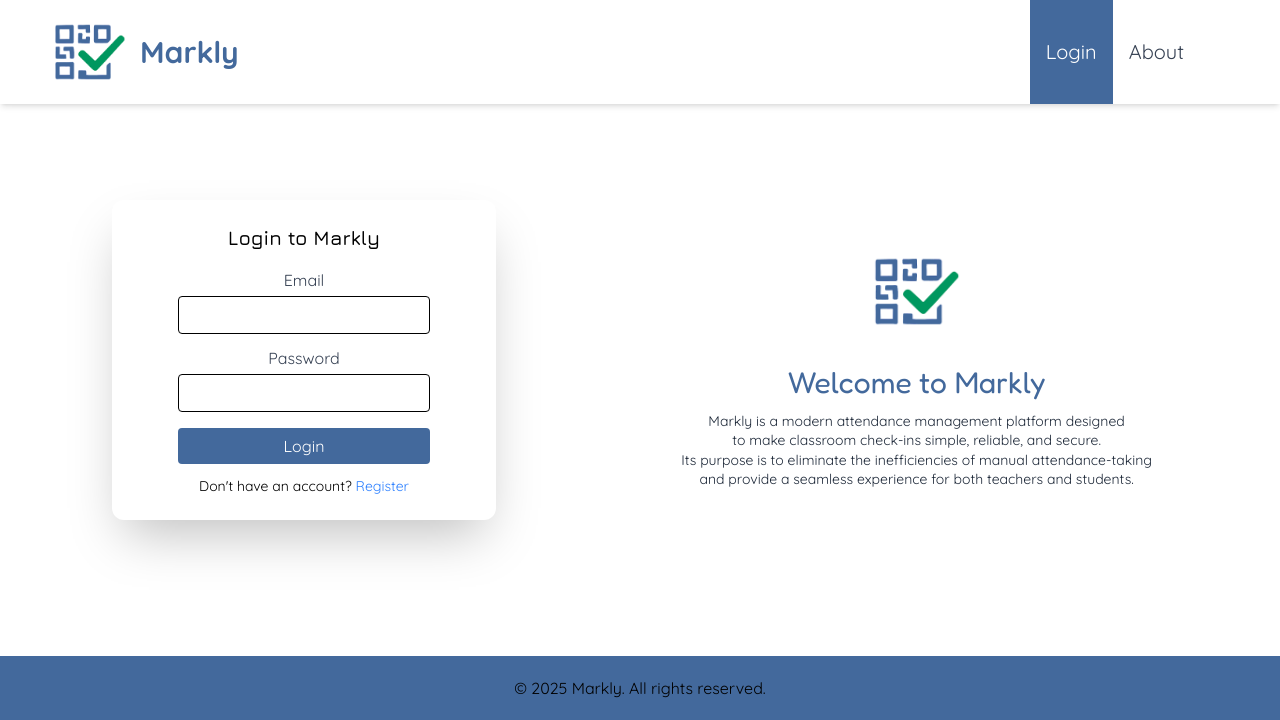
Repository: Mozukie/Markly
Page: /login
An editor plug-in stored every save of this project. The page is shown before and after the next save, followed by the edit.
The browser window is 1280 px wide. The pictures show the whole page.
Some web fonts or font styles are not loaded; a fallback is used. The project was rebuilt for these pictures with package versions that can differ from the ones it lists, and the page was loaded fresh each time. Also part of the build but not shown: vite.config.js, src/pages/NotFound.jsx, src/pages/Home.jsx, src/components/About.jsx, src/pages/Students/studentdashboard.jsx.

Above is the page before, as saved 2025-08-23 22:13:36.

### index.html
<!doctype html>
<html lang="en">
  <head>
    <meta charset="UTF-8" />
    <link rel="icon" type="image/png" href="/icon.png" />
    <meta name="viewport" content="width=device-width, initial-scale=1.0" />
    <style>
    @import url('https://fonts.googleapis.com/css2?family=Fredoka:wght@300..700&family=Gruppo&family=Hepta+Slab:wght@1..900&family=Jura:wght@300..700&family=Poiret+One&family=Quicksand:wght@300..700&display=swap');
    </style>
    <title>Markly</title>
  </head>
  <body>
    <div id="root"></div>
    <script type="module" src="/src/main.jsx"></script>
  </body>
</html>

### src/App.jsx
import './App.css'
import { BrowserRouter as Router, Routes, Route, useLocation } from 'react-router-dom'
import React from 'react'
// eslint-disable-next-line no-unused-vars
import { AnimatePresence, motion } from 'framer-motion'
import NotFound from './pages/NotFound.jsx'
import Home from './pages/Home.jsx'
import Login from './pages/Login.jsx'
import About from './components/About.jsx'
import StudentDashboard from './pages/Students/studentdashboard.jsx'

function AnimatedRoutes() {
  const location = useLocation();
  return (
    <AnimatePresence mode="wait">
      <motion.div
        key={location.pathname}
        initial={{ opacity: 0, y: 20 }}
        animate={{ opacity: 1, y: 0 }}
        exit={{ opacity: 0, y: -20 }}
        transition={{ duration: 0.4 }}
      >
        <Routes location={location}>
          <Route path="/" element={<Home/>} />
          <Route path="*" element={<NotFound/>} />
          <Route path="/login" element={<Login/>} />
          <Route path="/about" element={<About/>} />
          <Route path="/studentdashboard" element={<StudentDashboard/>} />
        </Routes>
      </motion.div>
    </AnimatePresence>
  );
}

function App() {
  return(
    <div>
      <Router>
        <AnimatedRoutes />
      </Router>
    </div>
  )
}

export default App

### src/App.css
@import "tailwindcss";

body, html {
  font-family: "Quicksand", sans-serif;
}

.poiret-one-regular {
  font-family: "Poiret One", sans-serif;
  font-weight: 400;
  font-style: normal;
}
.quicksand {
  font-family: "Quicksand", sans-serif;
  font-weight: 400;
  font-style: normal;
}
.quicksand-bold {
  font-family: "Quicksand", sans-serif;
  font-weight: 700;
  font-style: normal;
}
.fredoka {
  font-family: "Fredoka", sans-serif;
  font-weight: 400;
  font-style: normal;
}
.fredoka-bold {
  font-family: "Fredoka", sans-serif;
  font-weight: 700;
  font-style: normal;
}
.gruppo {
  font-family: "Gruppo", cursive;
  font-weight: 400;
  font-style: normal;
}
.hepta-slab {
  font-family: "Hepta Slab", serif;
  font-weight: 400;
  font-style: normal;
}
.hepta-slab-bold {
  font-family: "Hepta Slab", serif;
  font-weight: 900;
  font-style: normal;
}


.jura-regular {
  font-family: "Jura", sans-serif;
  font-optical-sizing: auto;
  font-weight: 400;
  font-style: normal;
}

.jura-medium {
  font-family: "Jura", sans-serif;
  font-optical-sizing: auto;
  font-weight: 500;
  font-style: normal;
}

.jura-semi-bold {
  font-family: "Jura", sans-serif;
  font-optical-sizing: auto;
  font-weight: 600;
  font-style: normal;
}

/* Fredoka for main titles */
h1, .title {
  font-family: "Fredoka", sans-serif;
}

/* Jura Medium for semi-titles, Login, Register, and subtitles */
.subtitle, .semi-title, .jura-semi-bold
.login-title, .register-title,
h2, h3, h4, h5, h6 {
  font-family: "Jura", sans-serif;
  font-weight: 600;
  font-style: normal;
}

### src/pages/Login.jsx
import React, { useState } from "react";
import Header from "../components/Header.jsx";
import Footer from "../components/Footer.jsx";

export default function Login() {
  const [showRegister, setShowRegister] = useState(false);

  return (
    <>
      <Header isLoggedIn={false} />
      <div className="min-h-screen flex items-center justify-between px-4">
        {/* Login Panel */}
        <div
          className="bg-white p-6 rounded-xl shadow-2xl max-w-sm w-full ml-24 flex flex-col items-center z-20"
          style={{ minWidth: '300px' }}
        >
          <h2 className="text-xl font-bold mb-4 text-center">Login to Markly</h2>
          <form className="w-full flex flex-col items-center">
            <div className="mb-3 w-3/4">
              <label className="block text-gray-700 mb-1 text-center" htmlFor="email">Email</label>
              <input type="email" id="email" className="w-full px-2 py-1.5 border rounded text-center" required />
            </div>
            <div className="mb-4 w-3/4">
              <label className="block text-gray-700 mb-1 text-center" htmlFor="password">Password</label>
              <input type="password" id="password" className="w-full px-2 py-1.5 border rounded text-center" required />
            </div>
            <button type="submit" className="w-3/4 bg-[#43699c] text-white py-1.5 rounded hover:bg-[#365f8a] transition-colors">Login</button>
          </form>
          <p className="mt-3 text-center text-sm">
            Don't have an account?{' '}
            <button
              type="button"
              className="text-blue-500 hover:underline focus:outline-none"
              onClick={() => setShowRegister(true)}
            >
              Register
            </button>
          </p>
        </div>

        {/* Register Panel */}
        <div
          className={`bg-white p-6 rounded-xl shadow-2xl max-w-md w-full mr-24 flex flex-col items-center transition-all duration-500 z-30 mt-20 ${showRegister ? 'opacity-100 translate-x-0' : 'opacity-0 translate-x-8 pointer-events-none'}`}
          style={{ minWidth: '420px', borderTopLeftRadius: '0.75rem', borderBottomLeftRadius: '0.75rem' }}
        >
          <h2 className="text-xl font-bold mb-4 text-center">Register</h2>
          <form className="w-full flex flex-col items-center">
            <div className="mb-3 w-3/4 flex gap-3">
              <div className="w-1/2">
                <label className="block text-gray-700 mb-1 text-center" htmlFor="reg-firstname">First Name</label>
                <input type="text" id="reg-firstname" className="w-full px-2 py-1.5 border rounded text-center" required />
              </div>
              <div className="w-1/2">
                <label className="block text-gray-700 mb-1 text-center" htmlFor="reg-lastname">Last Name</label>
                <input type="text" id="reg-lastname" className="w-full px-2 py-1.5 border rounded text-center" required />
              </div>
            </div>
            <div className="mb-3 w-3/4">
              <label className="block text-gray-700 mb-1 text-center" htmlFor="reg-email">Email</label>
              <input type="email" id="reg-email" className="w-full px-2 py-1.5 border rounded text-center" required />
            </div>
            <div className="mb-3 w-3/4">
              <label className="block text-gray-700 mb-1 text-center" htmlFor="reg-password">Password</label>
              <input type="password" id="reg-password" className="w-full px-2 py-1.5 border rounded text-center" required />
            </div>
            <div className="mb-3 w-3/4">
              <label className="block text-gray-700 mb-1 text-center" htmlFor="confirm-password">Confirm Password</label>
              <input type="password" id="confirm-password" className="w-full px-2 py-1.5 border rounded text-center" required />
            </div>
            <div className="text-sm">
              <input type="checkbox" id="teacher-checkbox" className="mt-3" />
              <label htmlFor="consent" className="text-gray-600 ml-1"> I consent to my data being used for registration purposes.</label>
            </div>
            <button type="submit" className="w-3/4 mt-3 bg-[#43699c] text-white py-1.5 rounded hover:bg-[#365f8a] transition-colors">Register</button>
          </form>
          <button
            type="button"
            className="absolute top-3 right-3 text-gray-500 hover:text-gray-800 text-3xl"
            onClick={() => setShowRegister(false)}
          >
            &times;
          </button>
        </div>
      </div>

      {/* Welcome Section */}
      <div className="fixed right-0 top-1/2 transform -translate-y-1/2 mr-32 flex flex-col items-center">
        <img src="/icon.png" height={120} width={120} className="mb-3" alt="Markly Icon" />
        <div className="text-3xl fredoka font-bold text-[#43699c] text-center">
          Welcome to Markly
        </div>
        <div className="text-center mt-3 text-gray-800 text-sm leading-snug">
          <p>Markly is a modern attendance management platform designed</p>
          <p>to make classroom check-ins simple, reliable, and secure.</p>
          <p>Its purpose is to eliminate the inefficiencies of manual attendance-taking</p>
          <p>and provide a seamless experience for both teachers and students.</p>
        </div>
      </div>
      <Footer />
    </>
  );
}

### src/components/Header.jsx
import { NavLink } from "react-router-dom";

export default function Header() {
  const isLoggedIn = false;
  const isTeacher = false;

  return (
    <header className="header fixed bg-white-100 mr-2 flex justify-between items-center shadow-md h-26 w-full z-100">
      <img src="/icon.png" alt="Logo" className="h-25 w-25 ml-10" />
      {isLoggedIn ? (
        isTeacher ? (
          <div className="container mr-20 flex flex-col md:flex-row justify-between items-center text-[20px] h-full">
            <div className="logo font-bold text-[#43699c] text-[30px] mb-2 md:mb-0">Markly</div>
            <nav className="flex flex-col md:flex-row h-full items-center">
              <NavLink to="/teacherdashboard" className={({ isActive }) => `text-gray-700 px-4 h-full flex items-center  transition-colors duration-200 ${isActive ? "bg-[#43699c] text-white" : "hover:bg-[#43699c] hover:text-white"}`}>
                Dashboard
              </NavLink>
              <NavLink to="/teacherprofile" className={({ isActive }) => `text-gray-700 px-4 h-full flex items-center  transition-colors duration-200 ${isActive ? "bg-[#43699c] text-white" : "hover:bg-[#43699c] hover:text-white"}`}>
                Profile
              </NavLink>
              <NavLink to="/teacherclasses" className={({ isActive }) => `text-gray-700 px-4 h-full flex items-center  transition-colors duration-200 ${isActive ? "bg-[#43699c] text-white" : "hover:bg-[#43699c] hover:text-white"}`}>
                Classes
              </NavLink>
              <NavLink to="/teacherschedule" className={({ isActive }) => `text-gray-700 px-4 h-full flex items-center  transition-colors duration-200 ${isActive ? "bg-[#43699c] text-white" : "hover:bg-[#43699c] hover:text-white"}`}>
                Schedule
              </NavLink>
              <NavLink to="/teacherschedule" className={({ isActive }) => `text-gray-700 px-4 h-full flex items-center  transition-colors duration-200 ${isActive ? "bg-[#43699c] text-white" : "hover:bg-[#43699c] hover:text-white"}`}>
                Schedule
              </NavLink>
              <NavLink to="/logout" className="text-gray-700 px-4 h-full flex items-center  hover:bg-[#43699c] hover:text-white transition-colors duration-200">
                Logout
              </NavLink>
            </nav>
          </div>
        ) : (
          <div className="container mr-20 flex flex-col md:flex-row justify-between items-center text-[20px] h-full">
            <div className="logo font-bold text-[#43699c] text-[30px] mb-2 md:mb-0">Markly</div>
            <nav className="flex flex-col md:flex-row h-full items-center">
              <NavLink to="/studentdashboard" className={({ isActive }) => `text-gray-700 px-4 h-full flex items-center transition-colors duration-200 ${isActive ? "bg-[#43699c] text-white" : "hover:bg-[#43699c] hover:text-white"}`}>
                Dashboard
              </NavLink>
              <NavLink to="/studentprofile" className={({ isActive }) => `text-gray-700 px-4 h-full flex items-center transition-colors duration-200 ${isActive ? "bg-[#43699c] text-white" : "hover:bg-[#43699c] hover:text-white"}`}>
                Profile
              </NavLink>
              <NavLink to="/studentclasses" className={({ isActive }) => `text-gray-700 px-4 h-full flex items-center transition-colors duration-200 ${isActive ? "bg-[#43699c] text-white" : "hover:bg-[#43699c] hover:text-white"}`}>
                Classes
              </NavLink>
              <NavLink to="/logout" className="text-gray-700 px-4 h-full flex items-center  hover:bg-[#43699c] hover:text-white transition-colors duration-200">
                Logout
              </NavLink>
            </nav>
          </div>
        )
      ) : (
        <div className="container mr-20 flex flex-col md:flex-row justify-between items-center text-[20px] h-full">
          <div className="logo font-bold text-[#43699c] text-[30px] mb-2 md:mb-0">Markly</div>
          <nav className="flex flex-col md:flex-row h-full items-center">
            <NavLink to="/login" className={({ isActive }) => `text-gray-700 px-4 h-full flex items-center  transition-colors duration-200 ${isActive ? "bg-[#43699c] text-white" : "hover:bg-[#43699c] hover:text-white"}`}>
              Login
            </NavLink>
            <NavLink to="/about" className={({ isActive }) => `text-gray-700 px-4 h-full flex items-center  transition-colors duration-200 ${isActive ? "bg-[#43699c] text-white" : "hover:bg-[#43699c] hover:text-white"}`}>
              About
            </NavLink>
          </nav>
        </div>
      )}
    </header>
  );
}

### src/components/Footer.jsx
import React from "react";
import { NavLink } from "react-router-dom";


export default function(){
    return(
        <>
        <footer className="bg-[#43699c] h-16 flex items-center justify-center fixed bottom-0 left-0 right-0">
             &copy; 2025 Markly. All rights reserved.
        </footer>
        </>
    )
}

Loaded but not shown: src/main.jsx (common file)

After the next save:
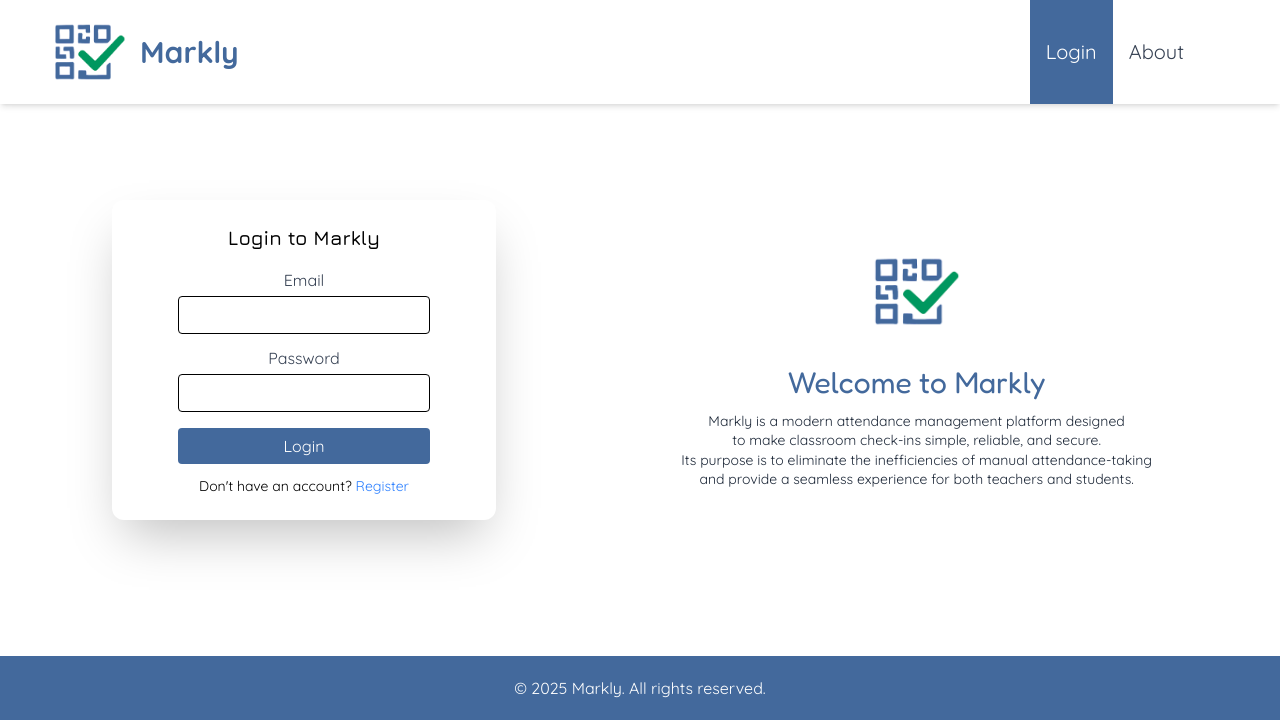
Saved 26 s later.
--- a/src/components/Footer.jsx
+++ b/src/components/Footer.jsx
@@ -5,7 +5,7 @@ import { NavLink } from "react-router-dom";
 export default function(){
     return(
         <>
-        <footer className="bg-[#43699c] h-16 flex items-center justify-center fixed bottom-0 left-0 right-0">
+        <footer className="bg-[#43699c] text-white h-16 flex items-center justify-center fixed bottom-0 left-0 right-0">
              &copy; 2025 Markly. All rights reserved.
         </footer>
         </>
